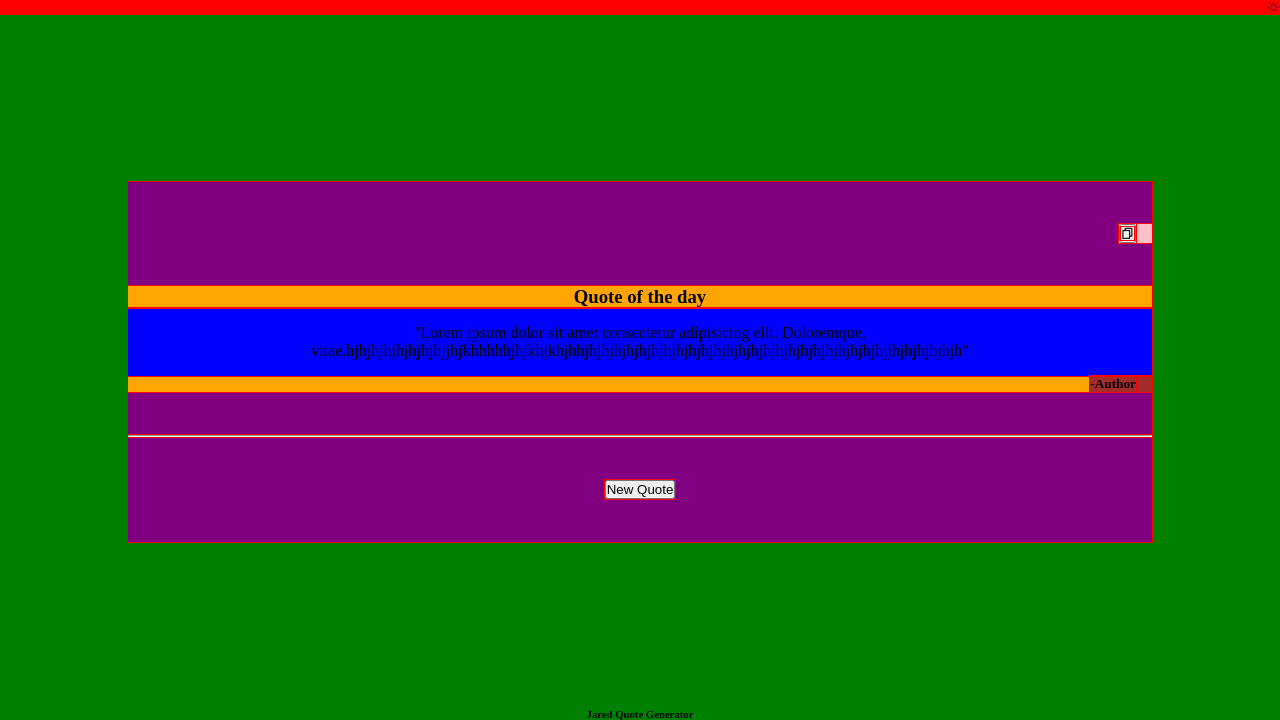
Repository: EguJaredoBoyd/Jared-Quote-Generator
Page: html/main.html
These files come from the project's save history. The page is drawn as it stood at one moment and after the next save; the edit follows.
The browser window is 1280 px wide. The pictures show the whole page.
Some web libraries are served in a nearby version.

Above is the page before, as saved 2026-01-09 01:34:12.

After the next save:
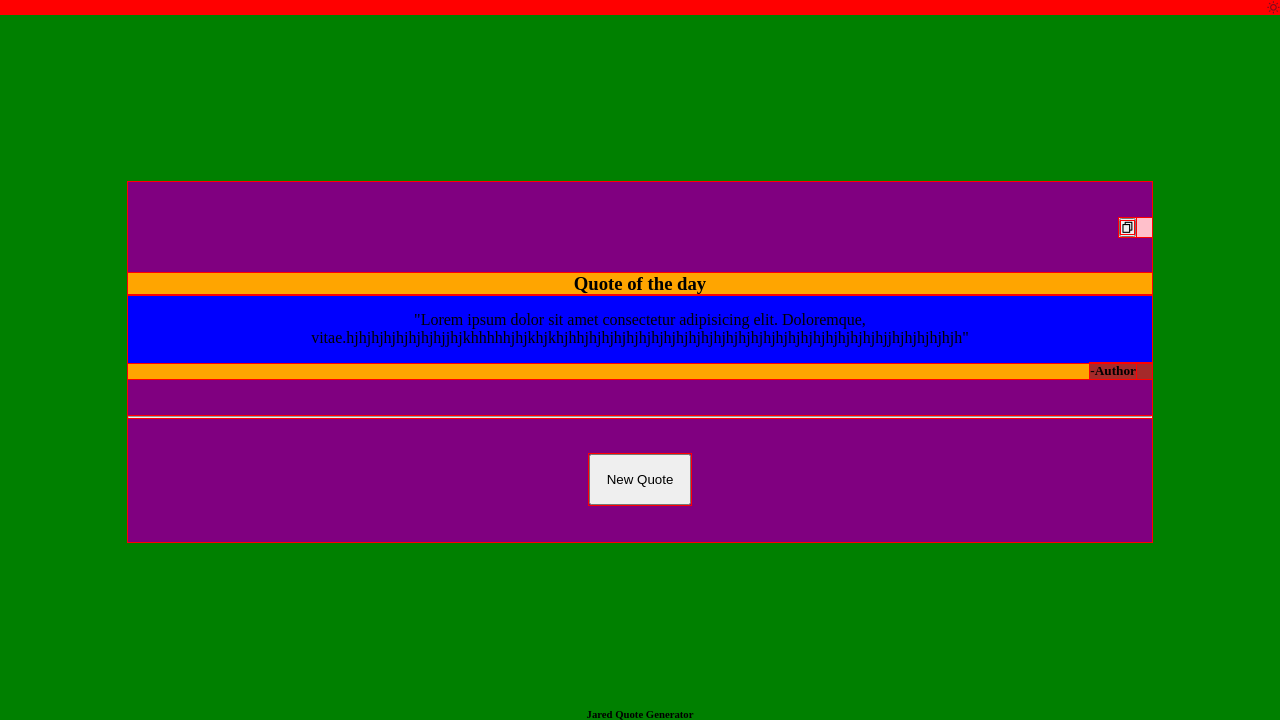
Saved 50 s later.
--- a/css/style.css
+++ b/css/style.css
@@ -88,6 +88,10 @@ header button {
   width: 100%;
 }
 
+.quote-container__new--quote button {
+  padding: 1rem;
+}
+
 .quote-container,
 .quote-container * {
   outline: 1px solid red;
